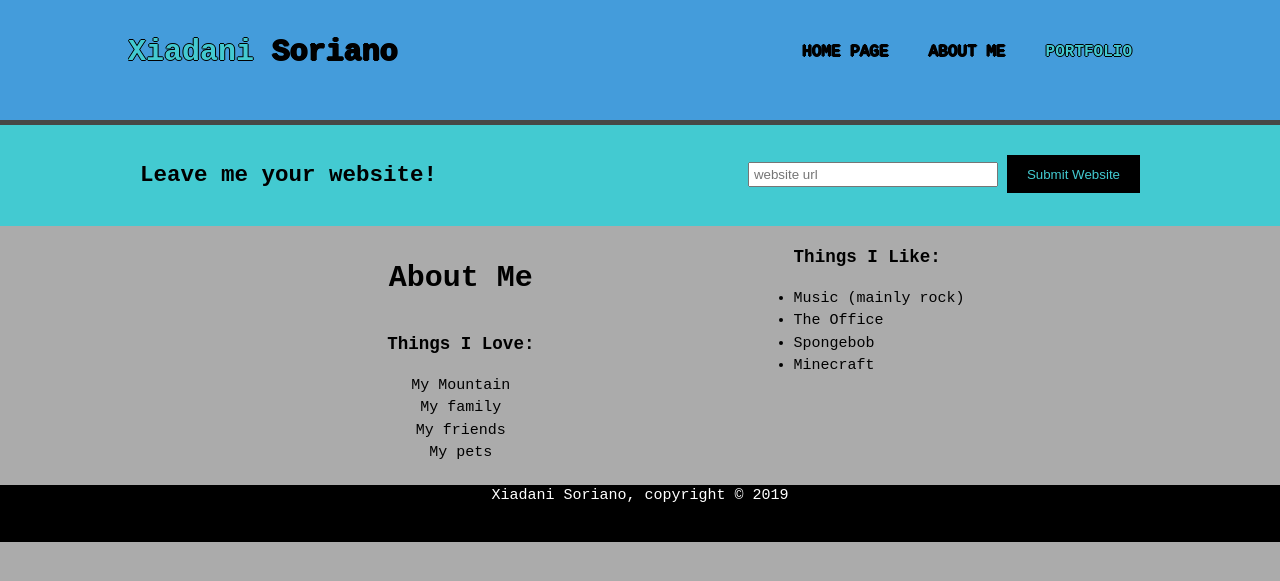
Repository: XiadaniSoriano/XiadaniSoriano2.github
Page: portfolio.html
The author's editor kept a record of every edit. The page is drawn from the files as they stood at one moment, then again after the next edit.
The browser window is 1280 px wide. The pictures show the whole page.

Above is the page before.

After the next edit:
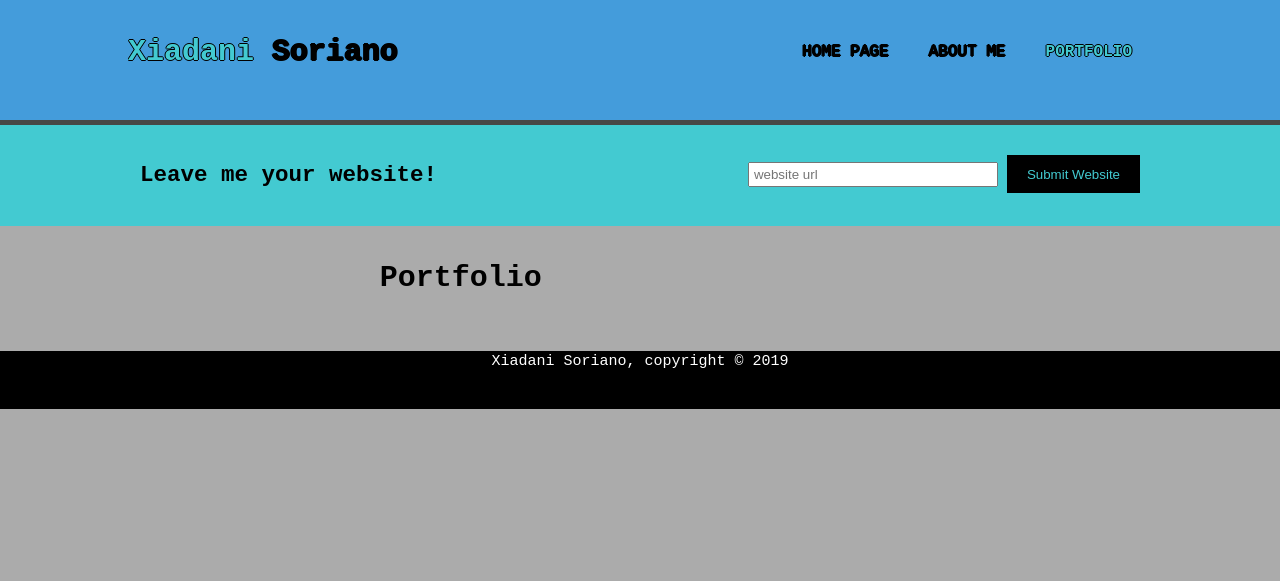
The edit:
--- a/portfolio.html
+++ b/portfolio.html
@@ -41,26 +41,9 @@
         <section id="main">
             <div class="container">
                 <article id="main-col">
-                    <h1 class="page-title"> About Me </h1>
-                    <h3 class="list-heads"> Things I Love: </h3>
-                    <ul>
-                        <li> My Mountain </li>
-                        <li> My family </li>
-                        <li> My friends </li>
-                        <li> My pets </li>
-                    </ul>
+                    <h1 class="page-title"> Portfolio </h1>
+
                 </article>
-
-                <aside id="sidebar">
-                    <h3> Things I Like: </h3>
-                    <ul>
-                        <li> Music (mainly rock) </li>
-                        <li> The Office </li>
-                        <li> Spongebob </li>
-                        <li> Minecraft </li>
-                    </ul>
-                </aside>
-
             </div>
         </section>
 
